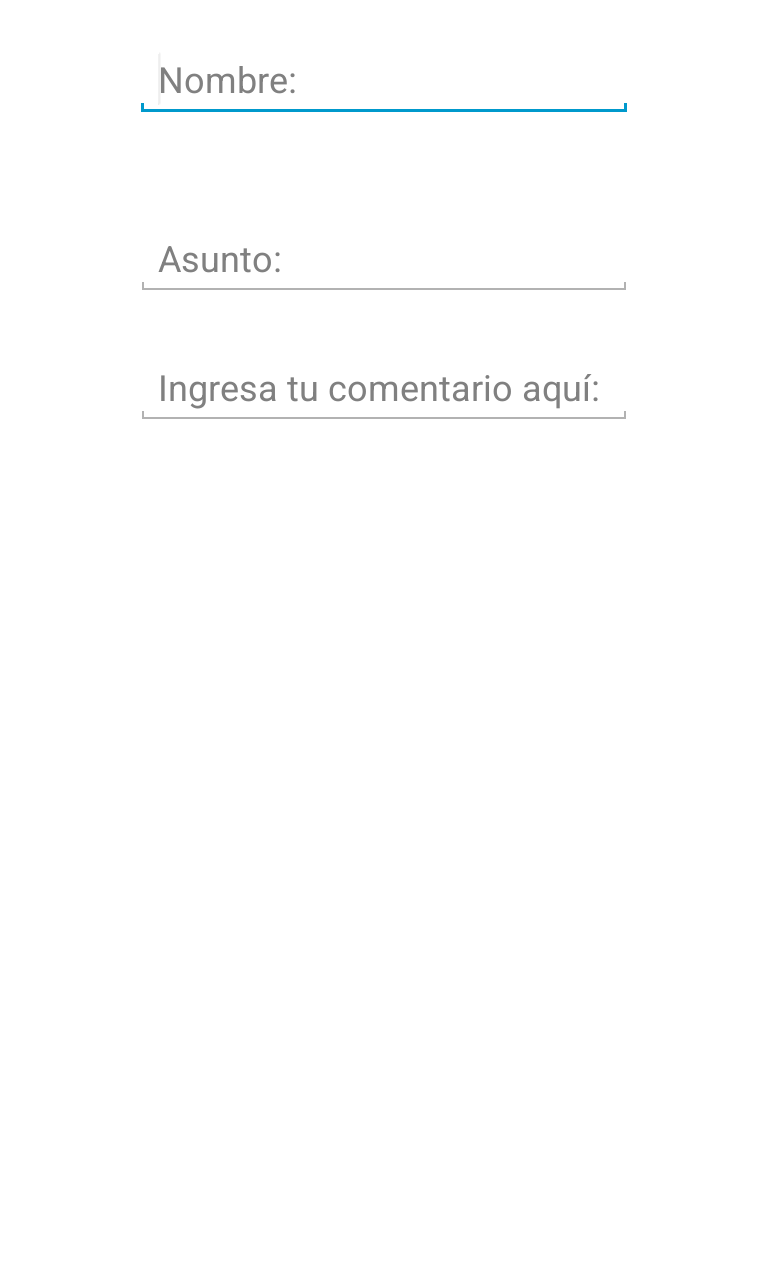
Repository: armandobs94/Dental.App
Layout: AplicacionMovil/DentalApp/Dental.App/res/layout/layout_contacto.xml
The author's editor kept a copy of each file at every save. The layout is drawn from the files as they stood at one save, then again after the next save.
It is drawn on a 768 x 1280 px phone screen (xhdpi) without system bars, with theme AppTheme; the app's code is not run.

Above is the layout before, as saved 2015-06-13 03:38:24.

After the next save:
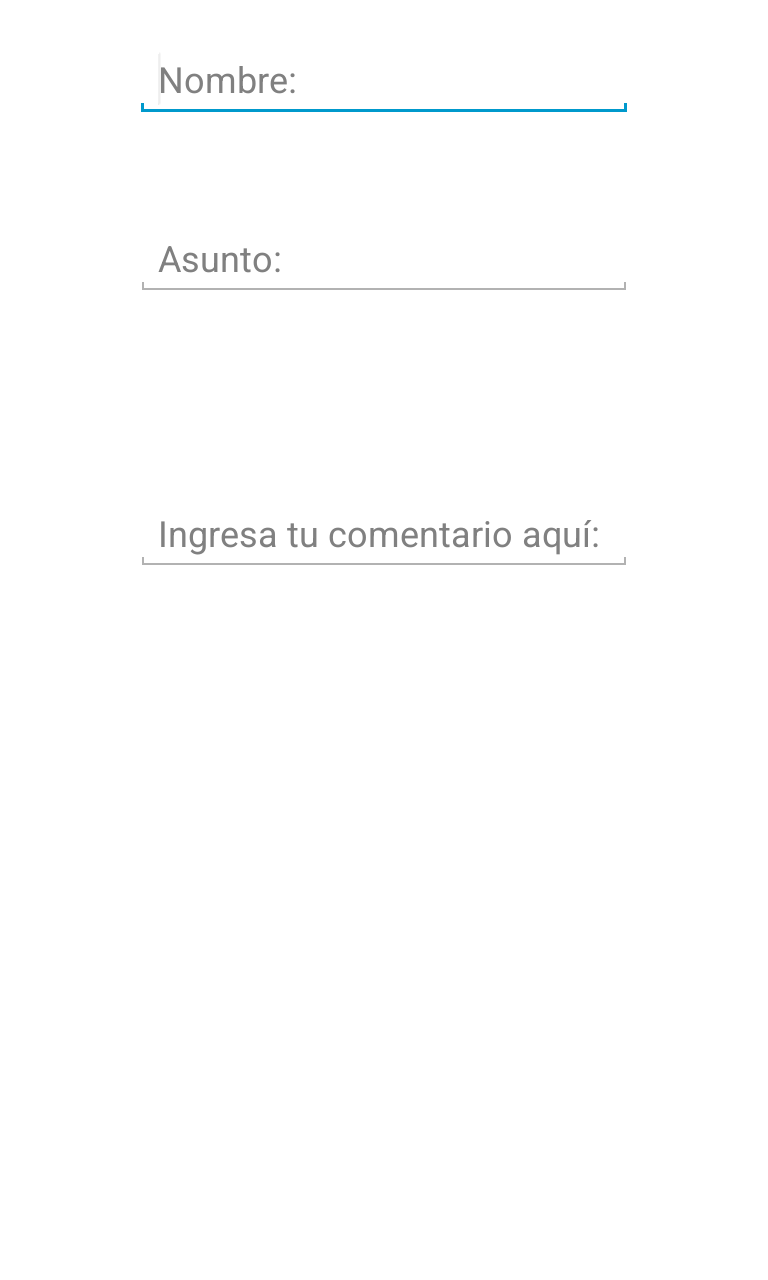
Saved 14 s later.
--- a/AplicacionMovil/DentalApp/Dental.App/res/layout/layout_contacto.xml
+++ b/AplicacionMovil/DentalApp/Dental.App/res/layout/layout_contacto.xml
@@ -46,7 +46,8 @@
                 android:layout_marginTop="25dp"
                 android:ems="10"
                 android:hint="@string/campoComentario"
-                android:inputType="textMultiLine" />
+                android:inputType="textMultiLine"
+                android:paddingTop="80dp" />
 
         </LinearLayout>
     </ScrollView>
